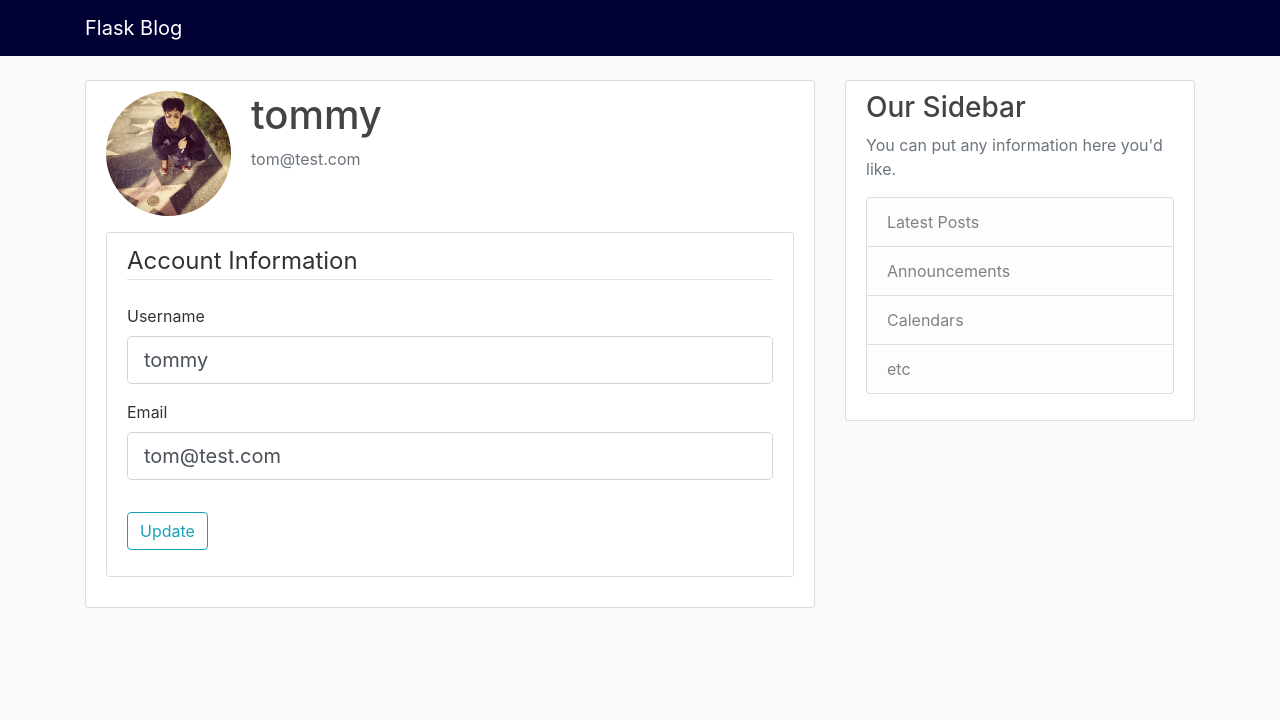
Repository: marstangg/Digitalblog
Page: http://localhost/account
The author's editor kept a record of every edit. The page is drawn from the files as they stood at one moment, then again after the next edit.
The browser window is 1280 px wide. The pictures show the whole page.
Some web libraries are served in a nearby version. The page is served by the project's application, run on Flask 3 (flaskblog/__init__.py). The user the application loads for id 1 is signed in. The page reads the database file committed with the project.

Above is the page before.

After the next edit:
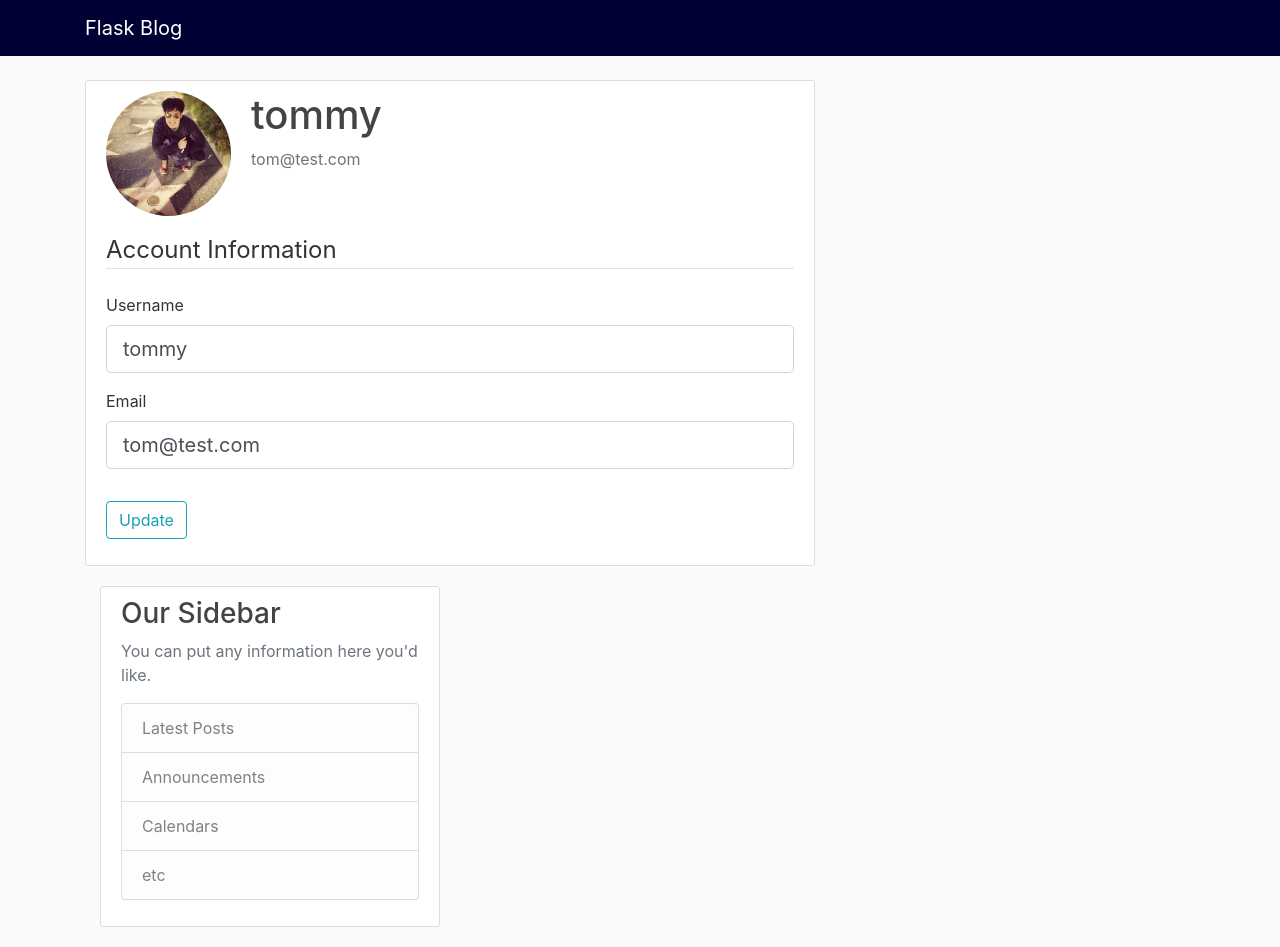
The edit:
--- a/flaskblog/templates/account.html
+++ b/flaskblog/templates/account.html
@@ -7,8 +7,6 @@
       <p class="text-secondary">{{ current_user.email }}</p>
     </div>
   </div>
-
-  <div class="content-section">
     <form method="POST" action="">
       {{ form.hidden_tag() }}
       <fieldset class="form-group">
